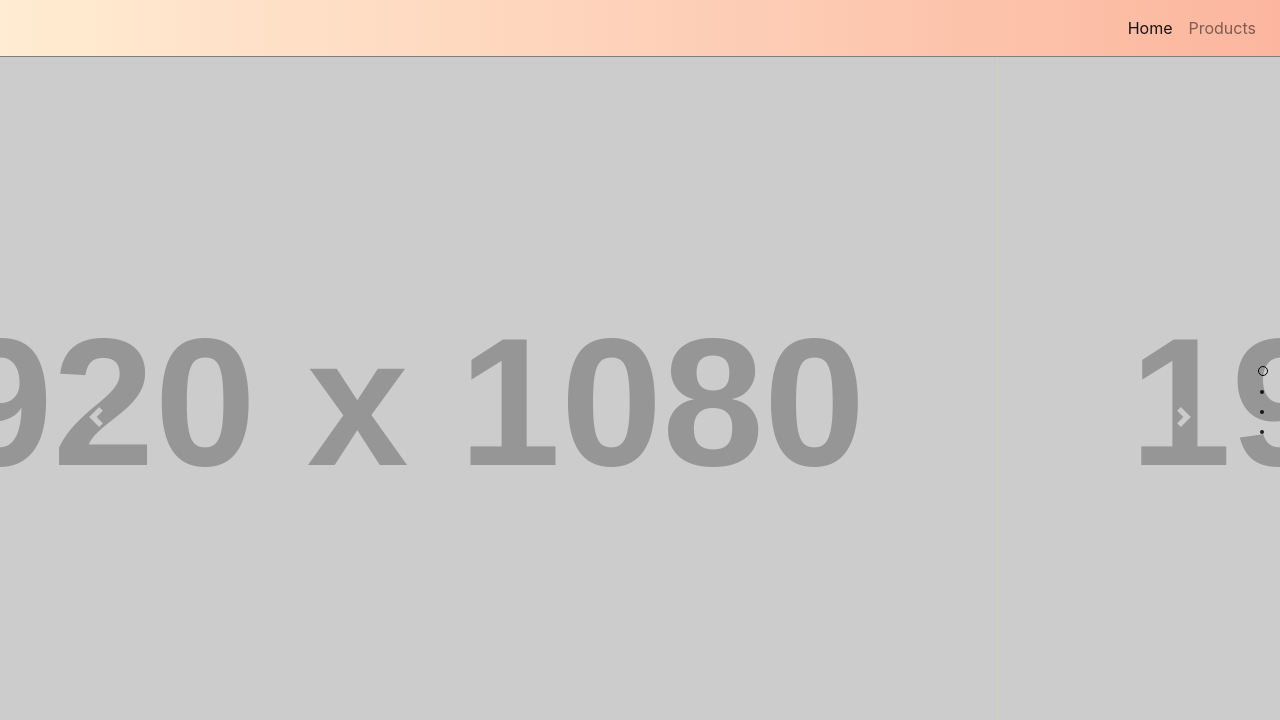
Repository: StevanFilipovic/TemplateForSinglepageWebsite
Page: index.html
An editor plug-in stored every save of this project. The page is shown before and after the next save, followed by the edit.
The browser window is 1280 px wide. The pictures show the whole page.
Some web libraries are served in a nearby version.

Above is the page before, as saved 2018-06-15 15:08:07.

After the next save:
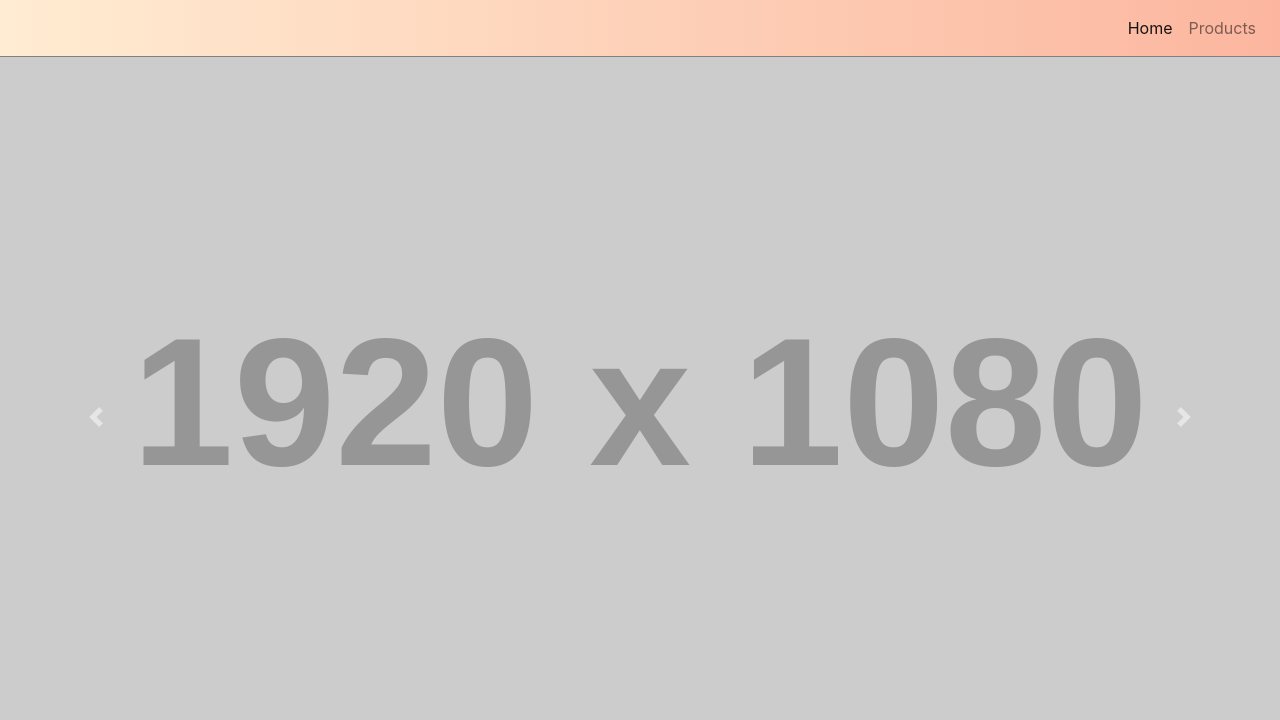
Console error: TypeError: Cannot read properties of undefined (reading 'fn')
Saved 53 s later.
--- a/index.html
+++ b/index.html
@@ -10,7 +10,7 @@
   <link rel="shortcut icon" id="favicon" href="">
   <link href='http://fonts.googleapis.com/css?family=Open+Sans:300,400,700' rel='stylesheet' type='text/css'>
   <link href='http://fonts.googleapis.com/css?family=Pacifico:400' rel='stylesheet' type='text/css'>
-  <script type="text/javascript" src="http://code.jquery.com/jquery-1.9.1.js"></script>
+  <!-- <script type="text/javascript" src="http://code.jquery.com/jquery-1.9.1.js"></script> -->
   <script type="text/javascript" src="jquery.onepage-scroll.js"></script>
   <link href='onepage-scroll.css' rel='stylesheet' type='text/css'>
   <link href='main-page.css' rel='stylesheet' type='text/css'>

After the 3 saves that followed:
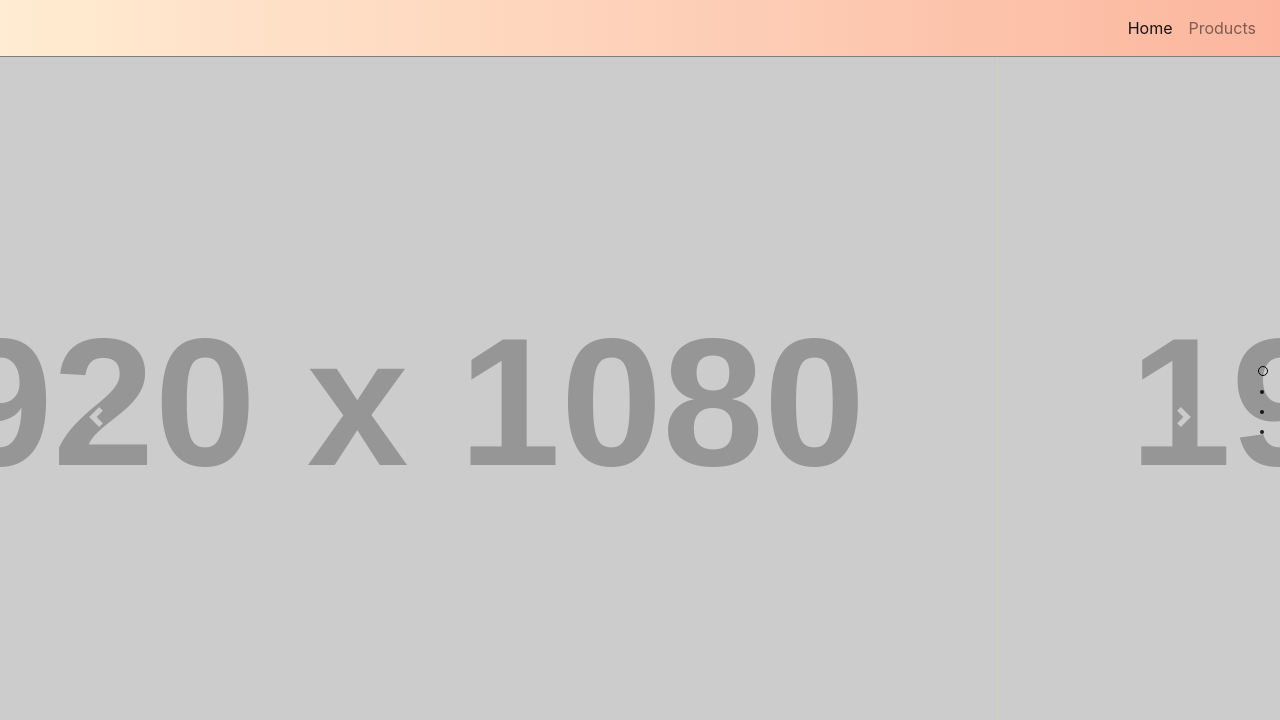
The error is gone.
The 3 saves are shown as one change because 2 left the picture as it was.
The last was saved 5 min 11 s later.
--- a/index.html
+++ b/index.html
@@ -10,7 +10,7 @@
   <link rel="shortcut icon" id="favicon" href="">
   <link href='http://fonts.googleapis.com/css?family=Open+Sans:300,400,700' rel='stylesheet' type='text/css'>
   <link href='http://fonts.googleapis.com/css?family=Pacifico:400' rel='stylesheet' type='text/css'>
-  <!-- <script type="text/javascript" src="http://code.jquery.com/jquery-1.9.1.js"></script> -->
+  <script type="text/javascript" src="http://code.jquery.com/jquery-1.9.1.js"></script>
   <script type="text/javascript" src="jquery.onepage-scroll.js"></script>
   <link href='onepage-scroll.css' rel='stylesheet' type='text/css'>
   <link href='main-page.css' rel='stylesheet' type='text/css'>
